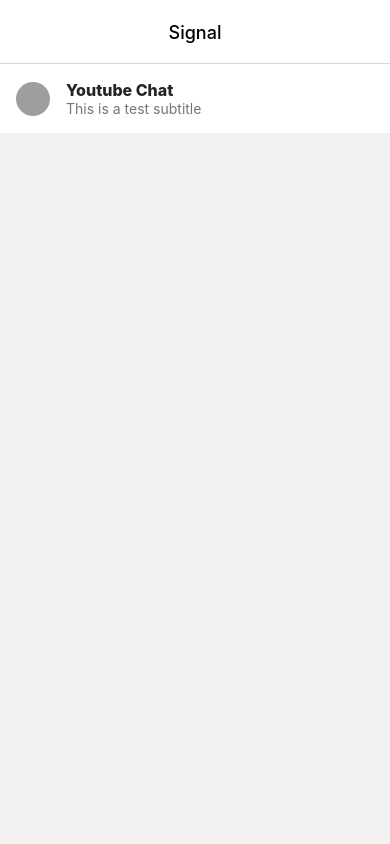
Repository: TheBoringBOT/signal-clone-reactnative-learn
Screen: /
An editor plug-in stored every save of this project. The screen is shown before and after the next save, followed by the edit.
Pictures or frames that could not be fetched are drawn as grey boxes. The app was drawn by React Native's web renderer in a window 390 px wide. The project was rebuilt for these pictures with package versions that can differ from the ones it lists, and the page was loaded fresh each time. Also part of the build but not shown: screens/LoginScreen.js, screens/RegisterScreen.js.

Above is the screen before, as saved 2022-01-23 22:21:29.

### App.js
import { StatusBar } from "expo-status-bar";
import { StyleSheet, Text, View } from "react-native";
import { NavigationContainer } from "@react-navigation/native";
import { createNativeStackNavigator } from "@react-navigation/native-stack";

//Screen Imports
import LoginScreen from "./screens/LoginScreen";
import RegisterScreen from "./screens/RegisterScreen";
import HomeScreen from "./screens/HomeScreen";

const Stack = createNativeStackNavigator();

const globalScreenOptions = {
  headerStyle: { backgroundColor: "#2c6bed" },
  headTitleStyle: { color: "white" },
  headerTintColor: "white",
  headerTitleAlign: "center",
};

export default function App() {
  return (
    <NavigationContainer>
      <Stack.Navigator
        initialRouteName="Home"
        screenOptions={globalScreenOptions}
      >
        <Stack.Screen name="Login" component={LoginScreen} />
        <Stack.Screen name="Register" component={RegisterScreen} />
        <Stack.Screen name="Home" component={HomeScreen} />
      </Stack.Navigator>
    </NavigationContainer>
  );
}

const styles = StyleSheet.create({
  container: {
    flex: 1,
    backgroundColor: "#fff",
    alignItems: "center",
    justifyContent: "center",
  },
});

### screens/HomeScreen.js
import { StyleSheet, Text, View, SafeAreaView, ScrollView } from "react-native";
import React, { useEffect, useLayoutEffect } from "react";
import { auth } from "../firebase";
import CustomListItem from "../components/CustomListItem";
import { ListItem, Avatar } from "react-native-elements";
import { getAuth, onAuthStateChanged } from "firebase/auth";

const HomeScreen = ({ navigation }) => {
  const userImage = auth.currentUser;

  useLayoutEffect(() => {
    console.log(userImage);
    navigation.setOptions({
      title: "Signal",
      headerStyle: { backgroundColor: "#fff" },
      headerTitleStyle: { color: "black" },
      headerTintColor: "black",
      headerLeft: () => (
        <View style={{ marginleft: 20 }}>
          <Avatar rounded source={{ uri: userImage }} />
        </View>
      ),
    });
  }, []);

  return (
    <SafeAreaView>
      <ScrollView>
        <CustomListItem />
      </ScrollView>
    </SafeAreaView>
  );
};

export default HomeScreen;

const styles = StyleSheet.create({});

### firebase.js
import { firebase, initializeApp, getApps, getApp } from "firebase/app";
import { getDatabase, ref, onValue } from "firebase/database";
import { getAuth } from "firebase/auth";

import { getFirestore } from "firebase/firestore";

const firebaseConfig = {
  apiKey: "AIzaSyCtao7GPEtYlsNabwjYskk8n6DEIbNo6VQ",
  authDomain: "signal-clone-4f5d4.firebaseapp.com",
  projectId: "signal-clone-4f5d4",
  storageBucket: "signal-clone-4f5d4.appspot.com",
  messagingSenderId: "958936105112",
  appId: "1:958936105112:web:aa41ae6e9c1b34ae23d0ed",
  measurementId: "G-1WPXHBPTRQ",
};

let app;
if (getApps.length === 0) {
  app = initializeApp(firebaseConfig);
} else {
  app = getApp();
}

const db = getFirestore();
const auth = getAuth(app);

export { db, auth };

### components/CustomListItem.js
import { StyleSheet, Text, View } from "react-native";
import { ListItem, Avatar } from "react-native-elements";
import React from "react";

const CustomListItem = ({ id, chatName, enterChat }) => {
  return (
    <ListItem>
      <Avatar
        rounded
        source={{
          uri: "https://i.pravatar.cc/50",
        }}
      />
      <ListItem.Content>
        <ListItem.Title style={{ fontWeight: "800" }}>
          Youtube Chat
        </ListItem.Title>
        <ListItem.Subtitle ellipsizeMode="tail" numberOfLines={1}>
          This is a test subtitle
        </ListItem.Subtitle>
      </ListItem.Content>
    </ListItem>
  );
};

export default CustomListItem;

const styles = StyleSheet.create({});

After the next save:
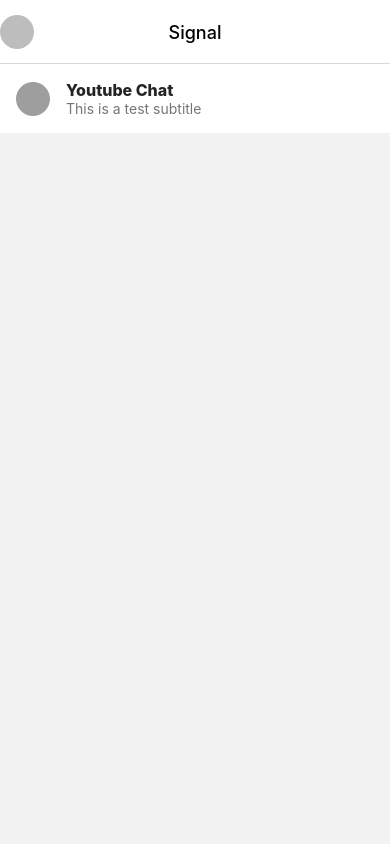
Saved 8 s later.
--- a/screens/HomeScreen.js
+++ b/screens/HomeScreen.js
@@ -6,7 +6,7 @@
 import { getAuth, onAuthStateChanged } from "firebase/auth";
 
 const HomeScreen = ({ navigation }) => {
-  const userImage = auth.currentUser;
+  const userImage = auth;
 
   useLayoutEffect(() => {
     console.log(userImage);

After the save that followed:
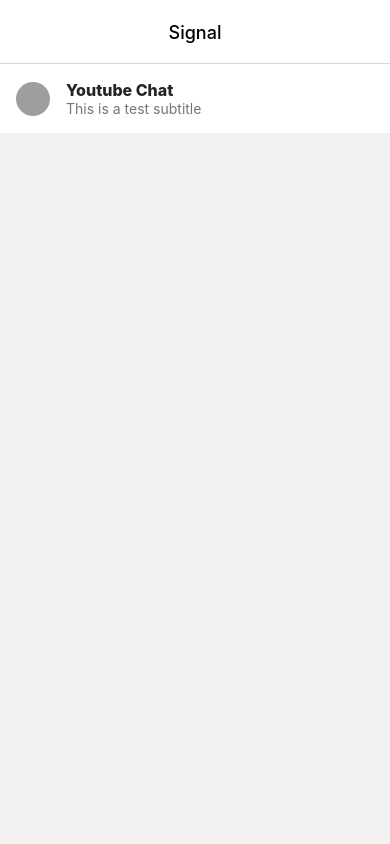
Saved 35 s later.
--- a/screens/HomeScreen.js
+++ b/screens/HomeScreen.js
@@ -6,7 +6,7 @@
 import { getAuth, onAuthStateChanged } from "firebase/auth";
 
 const HomeScreen = ({ navigation }) => {
-  const userImage = auth;
+  const userImage = auth.email;
 
   useLayoutEffect(() => {
     console.log(userImage);
